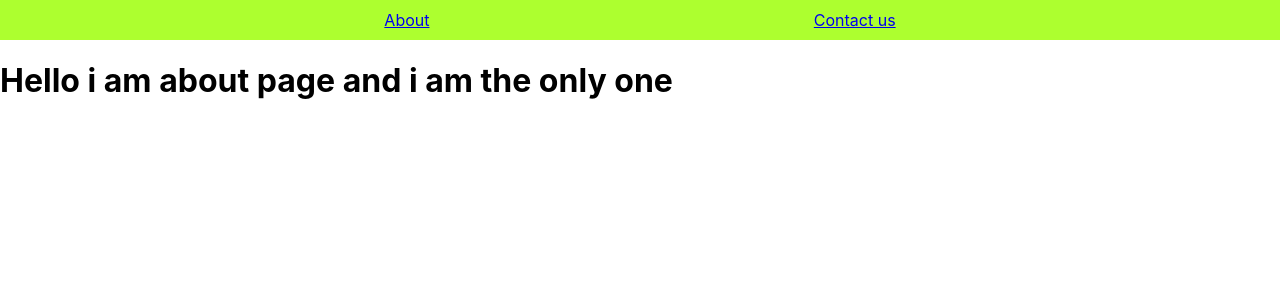
Repository: shah-zx/Pokemon
Page: /about
An editor plug-in stored every save of this project. The page is shown before and after the next save, followed by the edit.
The browser window is 1280 px wide. The pictures show the whole page.
The project was rebuilt for these pictures with package versions that can differ from the ones it lists, and the page was loaded fresh each time. Also part of the build but not shown: src/App.css, src/components/ComA.jsx, src/components/Contact.jsx.

Above is the page before, as saved 2021-11-21 16:07:19.

After the next save:
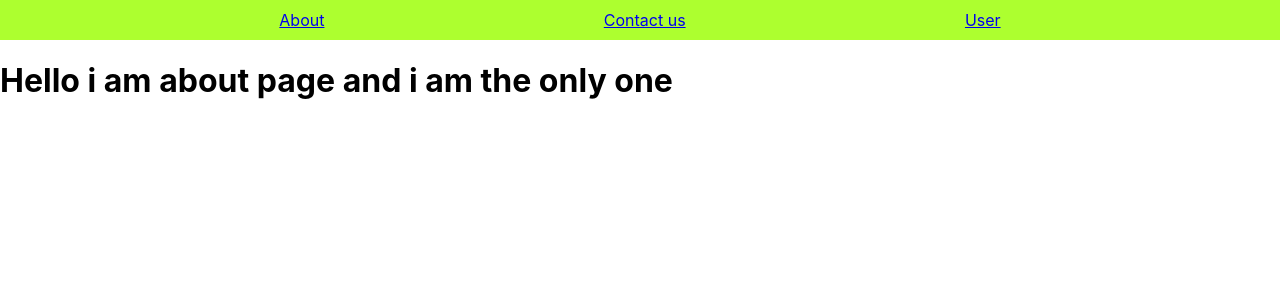
Saved 27 s later.
--- a/src/components/Navbar.jsx
+++ b/src/components/Navbar.jsx
@@ -7,6 +7,7 @@ function Navbar() {
         <div className = "menu_style">
         <Link activeClassName = "active_class" to = "/about">About</Link>
         <Link activeClassName = "active_class" to = "/contact">Contact us</Link>
+        <Link activeClassName = "active_class" to = "/contact">User</Link>
         </div>
         </>
     )
